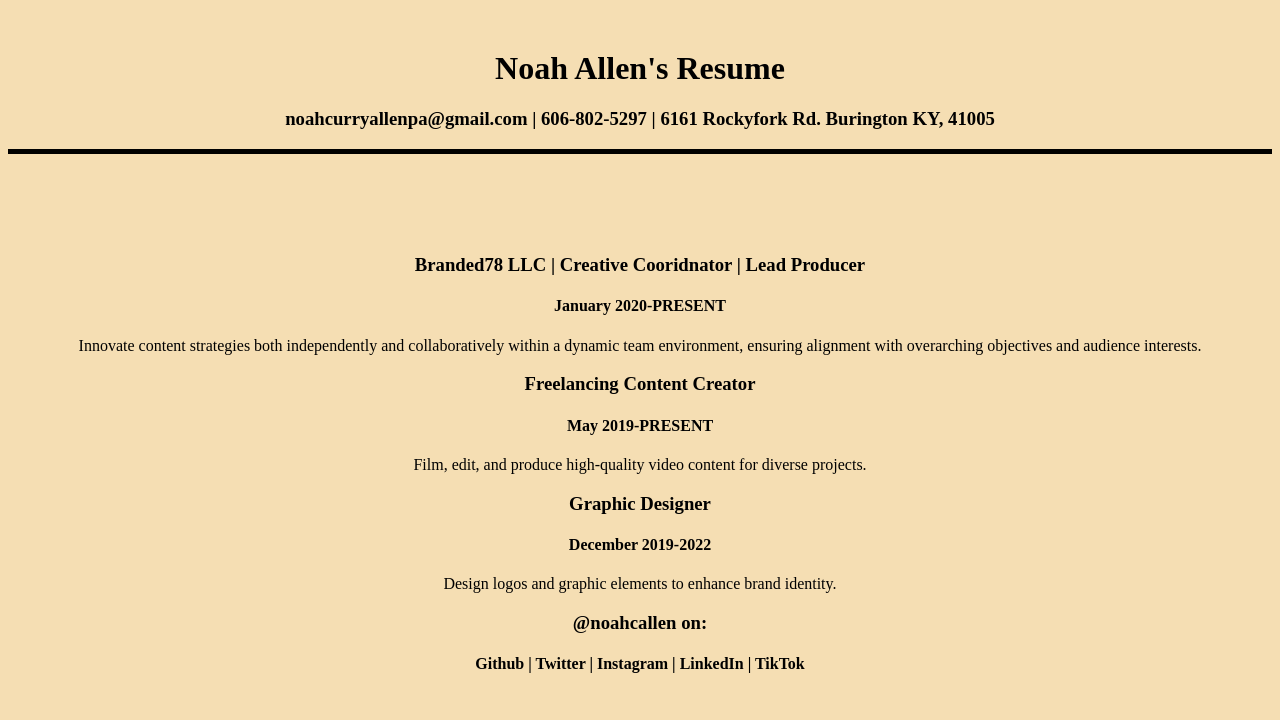
Repository: noahcallen/LAB-HTML-Resume
Page: index.html
An editor plug-in stored every save of this project. The page is shown before and after the next save, followed by the edit.
The browser window is 1280 px wide. The pictures show the whole page.

Above is the page before, as saved 2024-07-08 21:46:25.

After the next save:
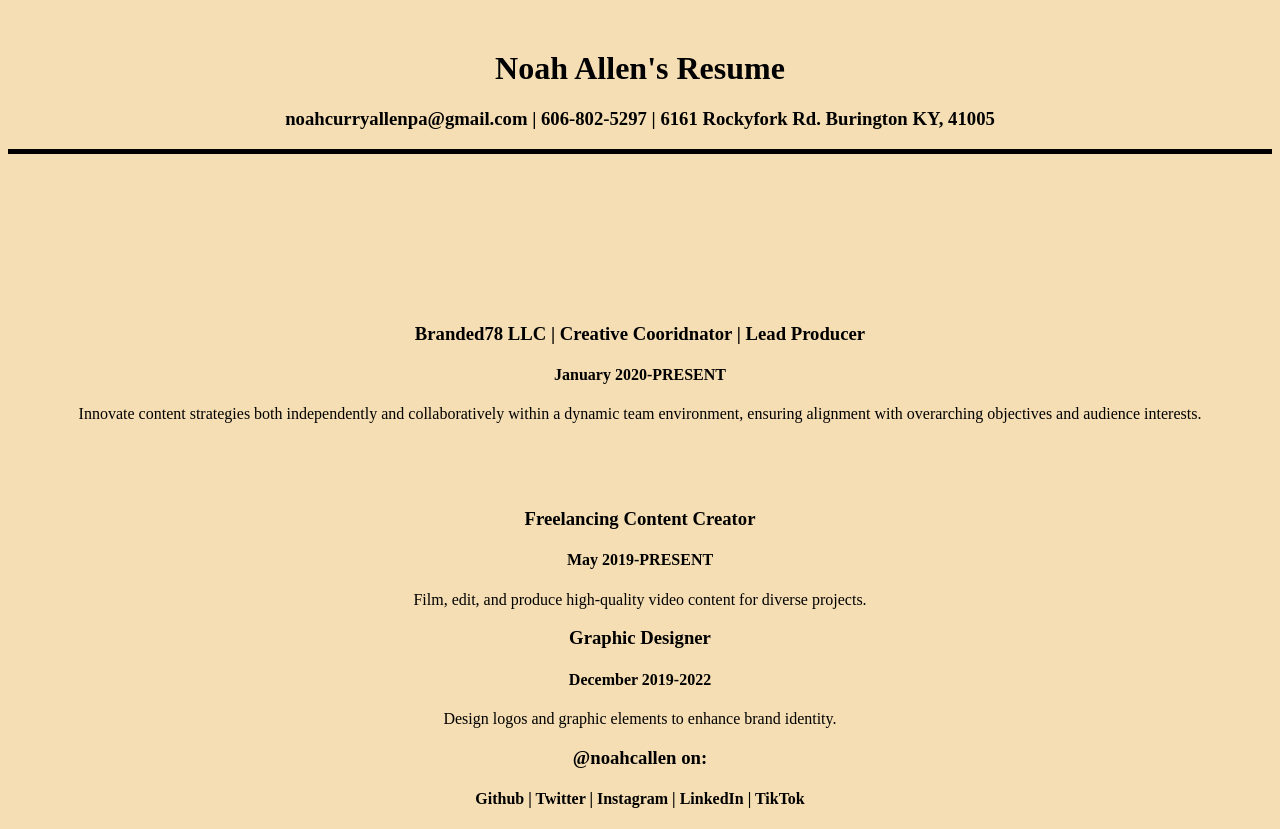
Saved 72 s later.
--- a/main.css
+++ b/main.css
@@ -7,3 +7,7 @@
   margin: 50px 0px 100px 0px;
   border-bottom: solid 5px black;
 }
+
+#Job1 {
+  padding: 50px 0px 50px 0px;
+}
